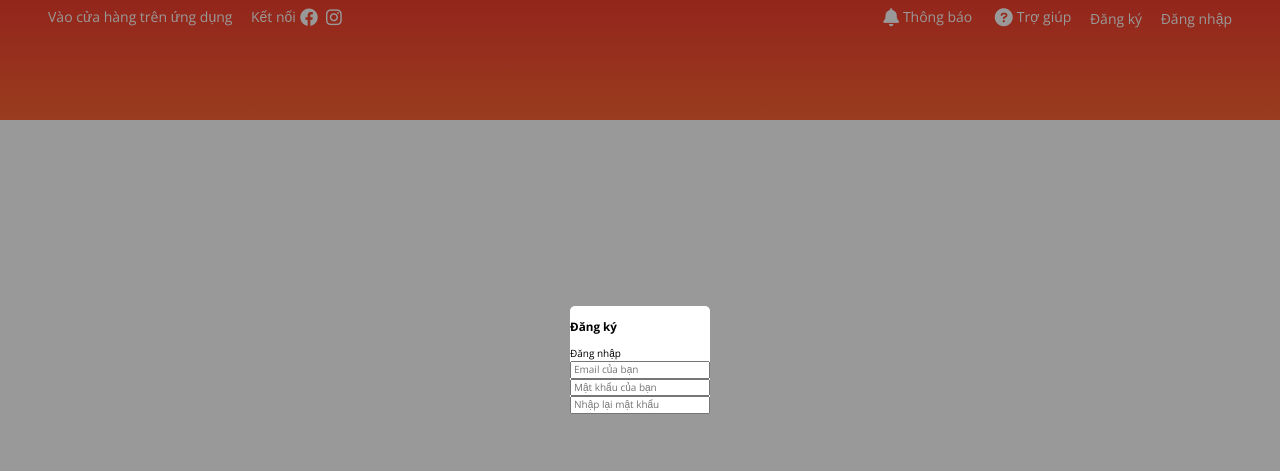
Repository: trongtamdev/Clone-Shopee-Page
Page: index.html
The author's editor kept a copy of each file at every save. The page is drawn from the files as they stood at one save, then again after the next save.
The browser window is 1280 px wide. The pictures show the whole page.

Above is the page before, as saved 2022-07-08 14:50:44.

### index.html
<!DOCTYPE html>
<html lang="en">

<head>
    <meta charset="UTF-8">
    <meta http-equiv="X-UA-Compatible" content="IE=edge">
    <meta name="viewport" content="width=device-width, initial-scale=1.0">
    <title>Document</title>
    <link rel="stylesheet" href="https://cdnjs.cloudflare.com/ajax/libs/normalize/8.0.1/normalize.min.css">
    <link rel="stylesheet" href="assets/css/base.css">
    <link rel="stylesheet" href="assets/css/main.css">
    <link rel="stylesheet" href="assets/fonts/fontawesome-free-6.1.1/css/all.min.css">
    <link href="https://fonts.googleapis.com/css2?family=Open+Sans:wght@300;400;500;700&display=swap" rel="stylesheet">
</head>
    <div class="app">
        <header class="header">
            <div class="grid">
                <nav class="header__navbar">
                    <ul class="header__navbar-list">
                        <li class="header__navbar-item header__navbar-item--has-qr">
                            Vào cửa hàng trên ứng dụng
                            <div class="header__qr">
                                <img src="assets/img/qr_code.png" alt="QR code" class="header__qr-img">
                                <div class="header__qr-apps">
                                    <a href="" class="header__qr-link">
                                        <img src="assets/img/google_play.png" alt="Google play" class="header__qr-download-img">
                                    </a>
                                    <a href="" class="header__qr-link">
                                        <img src="assets/img/app_store.png" alt="App store" class="header__qr-download-img">
                                    </a>
                                </div>
                            </div>
                        </li>
                        <li class="header__navbar-item">
                            <span class="header__navbar-title--no-pointer">Kết nối</span>
                            <a href="" class="header__navbar-icon-link">
                                <i class="header__navbar-icon fa-brands fa-facebook"></i>
                            </a>
                            <a href="" class="header__navbar-icon-link">
                                <i class="header__navbar-icon fa-brands fa-instagram"></i>
                            </a>
                        </li>
                    </ul>

                    <ul class="header__navbar-list">
                        <li class="header__navbar-item">
                            <a href="" class="header__navbar-item-link">
                                <i class="header__navbar-icon fa-solid fa-bell"></i>
                                Thông báo</a>
                        </li>

                        <li class="header__navbar-item">
                            <a href="" class="header__navbar-item-link">
                                <i class="header__navbar-icon fa-solid fa-circle-question"></i>
                                Trợ giúp</a>
                        </li>

                        <li class="header__navbar-item header__navbar-item--strong">Đăng ký</li>
                        <li class="header__navbar-item header__navbar-item--strong">Đăng nhập</li>
                    </ul>
                </nav>
            </div>

        </header>

        <div class="container">

        </div>

        <footer class="footer">

        </footer>
    </div>
    <div class="modal">
        <div class="modal__overlay">

        </div>
        <div class="modal__body">
            <div class="modal__inner">
                <!-- Auth form -->
                <div class="auth-form">
                    <div class="auth-form__header">
                        <h3 class="auth-form__heading">Đăng ký</h3>
                        <span class="auth-form__switch-btn">Đăng nhập</span>
                    </div>

                    <div class="auth-form__form">
                        <div class="auth-form__group">
                            <input type="text" class="auth-form__input" placeholder="Email của bạn">
                        </div>

                        <div class="auth-form__group">
                            <input type="password" class="auth-form__input" placeholder="Mật khẩu của bạn">
                        </div>

                        <div class="auth-form__group">
                            <input type="password" class="auth-form__input" placeholder="Nhập lại mật khẩu">
                        </div>
                    </div>
                </div>
            </div>
        </div>
    </div>
<body>

</body>

</html>

### assets/css/base.css
:root {
    --white-color :#fff;
    --back-color :#000;
    --text-color : #333;
}

*{
    box-sizing: inherit;
}

html {
    font-size: 62.5%;
    line-height: 1.6rem;
    font-family: 'Open Sans', sans-serif;;
    box-sizing: border-box;
}

.grid {
    width: 1200px;
    max-width: 100%;
    margin: 0 auto;
}

.grid__full-width {
    width: 100%;
}

.grid__row {
    display: flex;
    flex-wrap: wrap
}

/* Animation */
@keyframes fadeIn {
    from {
        opacity: 0;
    }to {
        opacity: 1;
    }
}

/* Modal */

.modal {
    position: fixed;
    top: 0;
    right: 0;
    bottom: 0;
    left: 0;
    display: flex;
}

.modal__overlay {
    position: absolute;
    width: 100%;
    height: 100%;
    background-color: rgba(0, 0, 0, 0.4);
}

.modal__body {

    background-color: var(--white-color);
    margin: auto;
    position: relative;
    z-index: 1;
    border-radius: 5px;
}

### assets/css/main.css
.header {
    height: 120px;
    background-image: linear-gradient(0, #fe6433, #f53e2d);
}

.header__navbar {
    display: flex;
    justify-content: space-between;
}

.header__navbar-list {
    list-style: none;
    padding: 0;
    margin-top: 4px;
}

.header__navbar-item {
    margin: 0 8px;
    position: relative;
    min-height: 26px;
}

.header__navbar-item--has-qr:hover .header__qr {
    display: block;
}

.header__navbar-item,
.header__navbar-item-link{
    display: inline-block;
    font-size: 1.4rem;
    color :var(--white-color);
    text-decoration: none;
    font-weight: 300;
}

.header__navbar-item,
.header__navbar-item-link,
.header__navbar-icon-link {
    display: inline-flex;
    align-items: center;
}

.header__navbar-item:hover,
.header__navbar-item-link:hover,
.header__navbar-icon-link:hover{
    cursor: pointer;
    color: rgba(255, 255, 255, 0.7);
}

.header__navbar-item--strong {
    font-weight: 400;
}


.header__navbar-icon-link {
    color: var(--white-color);
    text-decoration: none;
}

.header__navbar-icon {
    font-size: 1.8rem;
    margin: 0 4px;
}

.header__navbar-title--no-pointer {
    color: var(--white-color);
    cursor: text;
}

/* Header QR code */

.header__qr {
    width: 186px;
    background-color: var(--white-color);
    position: absolute;
    left: 0;
    top: 118%;
    padding: 8px;
    border-radius: 2px;
    display: none;
    animation: fadeIn ease-in 0.5s;
}

.header__qr::before {
    position: absolute;
    left: 0;
    top: -16px;
    width: 100%;
    height: 20px;
    content: "";
    display: block;
}

.header__qr-img {
    width: 100%;
}

.header__qr-apps {
    display: flex;
}

.header__qr-link:nth-child(1) {
    margin-left: 11px;
}

.header__qr-link:nth-child(2) {
    margin-right: 11px;
}

.header__qr-download-img {
    height: 18px;
}

Loaded but not shown: assets/fonts/fontawesome-free-6.1.1/css/all.min.css (library)

After the next save:
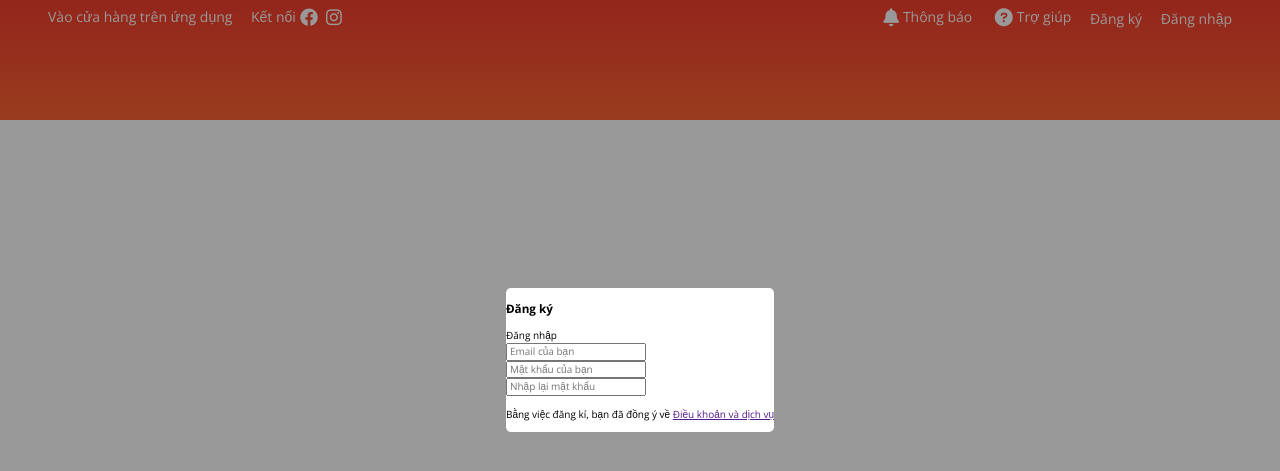
Saved 18 min 12 s later.
--- a/index.html
+++ b/index.html
@@ -97,6 +97,13 @@
                             <input type="password" class="auth-form__input" placeholder="Nhập lại mật khẩu">
                         </div>
                     </div>
+
+                    <div class="auth-form__aside">
+                        <p class="auth-form__policy-text">
+                            Bằng việc đăng kí, bạn đã đồng ý về
+                            <a href="">Điều khoản và dịch vụ</a>
+                        </p>
+                    </div>
                 </div>
             </div>
         </div>
